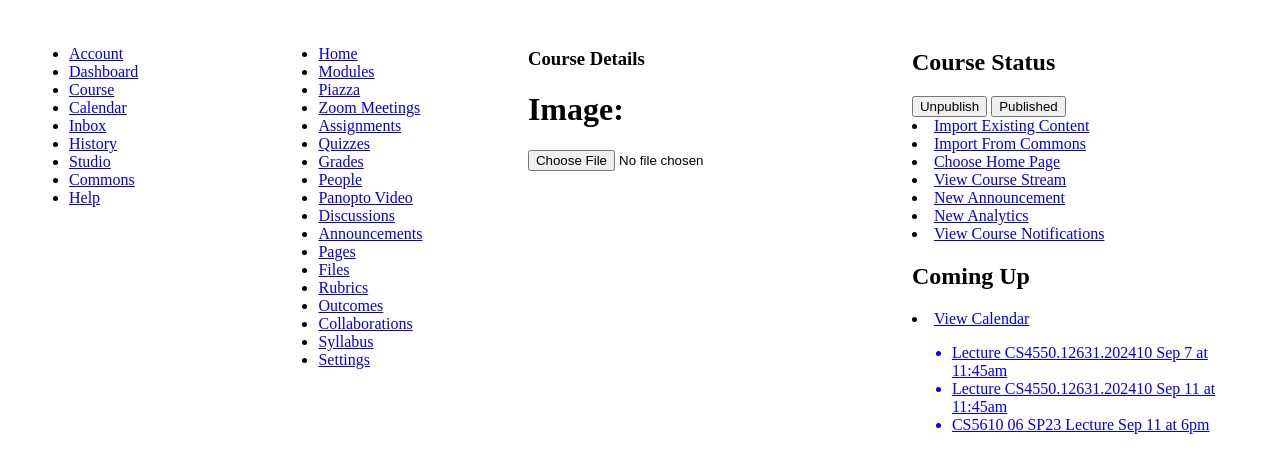
Repository: yuqiant/kanbas-react-web-app
Page: public/kanbas/coursesetting.html
These files come from the project's save history. The page is drawn as it stood at one moment and after the next save; the edit follows.
The browser window is 1280 px wide. The pictures show the whole page.

Above is the page before, as saved 2023-09-16 14:36:08.

### public/kanbas/coursesetting.html
<!DOCTYPE html>
<html lang="en">

<head>
    <meta charset="UTF-8">
    <meta name="viewport" content="width=device-width, initial-scale=1.0">
    <title>Column Interaction</title>
    <style>
        table {
            width: 100%;
            border-collapse: collapse;
        }

        td {
            width: 50%;
            border: 1px solid transparent;
            padding: 20px;
            vertical-align: top;
        }
    </style>
</head>

<body>
    <table>
        <tr>
            <td id="firstColumn" style="width: 150px;">
                <ul>
                    <li><a href="#">Account</a></li>
                    <li><a href="#">Dashboard</a></li>
                    <li><a href="#" onclick="showSecondColumn()">Course</a></li>
                    <li><a href="#">Calendar</a></li>
                    <li><a href="#">Inbox</a></li>
                    <li><a href="#">History</a></li>
                    <li><a href="#">Studio</a></li>
                    <li><a href="#">Commons</a></li>
                    <li><a href="#">Help</a></li>
                </ul>
            </td>
            <td id="secondColumn" style="width: 150px;">
                <ul>
                    <li><a href="#" onclick="showThirdColumn()">Home</a></li>
                    <li><a href="#">Modules</a></li>
                    <li><a href="#">Piazza</a></li>
                    <li><a href="#">Zoom Meetings</a></li>
                    <li><a href="#">Assignments</a></li>
                    <li><a href="#">Quizzes</a></li>
                    <li><a href="#">Grades</a></li>
                    <li><a href="#">People</a></li>
                    <li><a href="#">Panopto Video</a></li>
                    <li><a href="#">Discussions</a></li>
                    <li><a href="#">Announcements</a></li>
                    <li><a href="#">Pages</a></li>
                    <li><a href="#">Files</a></li>
                    <li><a href="#">Rubrics</a></li>
                    <li><a href="#">Outcomes</a></li>
                    <li><a href="#">Collaborations</a></li>
                    <li><a href="#">Syllabus</a></li>
                    <li><a href="#">Settings</a></li>
                </ul>
            </td>
            <td id="thirdColumn" style="width: 250px;">
                <h3>Course Details</h3>

                <h1>Image:</h1>
                <input type="file" />









            </td>
            <td id="fourthColumn" style="width: 250px;">


                <h2>Course Status</h2>
                <button type="button">Unpublish</button>
                <button type="button">Published</button>
                <li><a href="#">Import Existing Content</li>
                <li><a href="#">Import From Commons</li>
                <li><a href="#">Choose Home Page</li>
                <li><a href="#">View Course Stream</li>
                <li><a href="#">New Announcement</li>
                <li><a href="#">New Analytics</li>
                <li><a href="#">View Course Notifications</a></li>


                <h2>Coming Up</h2>
                <li><a href="#">View Calendar
                        <ul>
                            <li>Lecture CS4550.12631.202410 Sep 7 at 11:45am</li>
                            <li>Lecture CS4550.12631.202410 Sep 11 at 11:45am</li>
                            <li>CS5610 06 SP23 Lecture Sep 11 at 6pm</li>
                        </ul>
                </li>



            </td>
        </tr>
    </table>

</body>

</html>

After the next save:
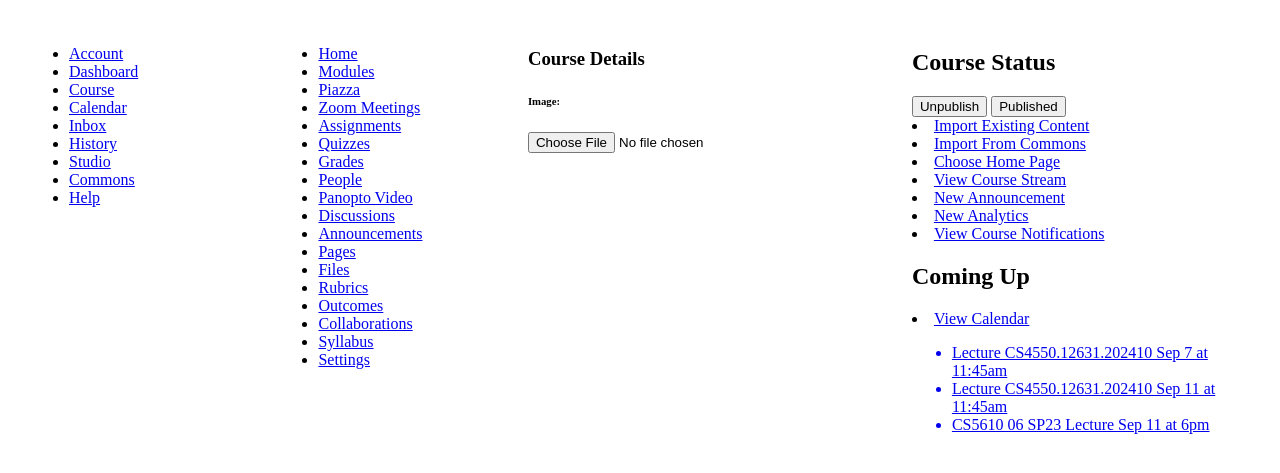
Saved 35 s later.
--- a/public/kanbas/coursesetting.html
+++ b/public/kanbas/coursesetting.html
@@ -61,7 +61,7 @@
             <td id="thirdColumn" style="width: 250px;">
                 <h3>Course Details</h3>
 
-                <h1>Image:</h1>
+                <h6>Image:</h6>
                 <input type="file" />
 
 
